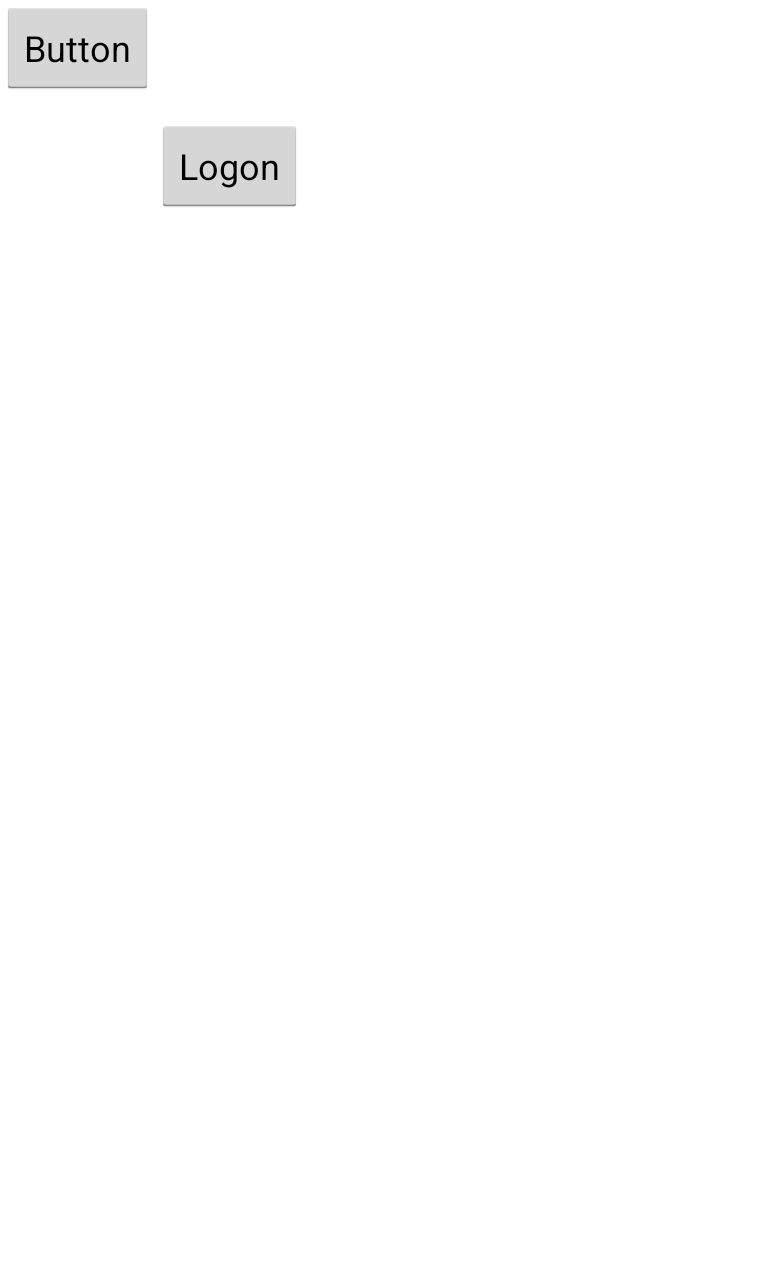
Repository: 12030121030/eventhandling
Layout: Login/res/layout/activity_main.xml
The author's editor kept a copy of each file at every save. The layout is drawn from the files as they stood at one save, then again after the next save.
It is drawn on a 768 x 1280 px phone screen (xhdpi) without system bars, with theme AppTheme; the app's code is not run.

Above is the layout before, as saved 2014-12-12 03:38:43.

After the next save:
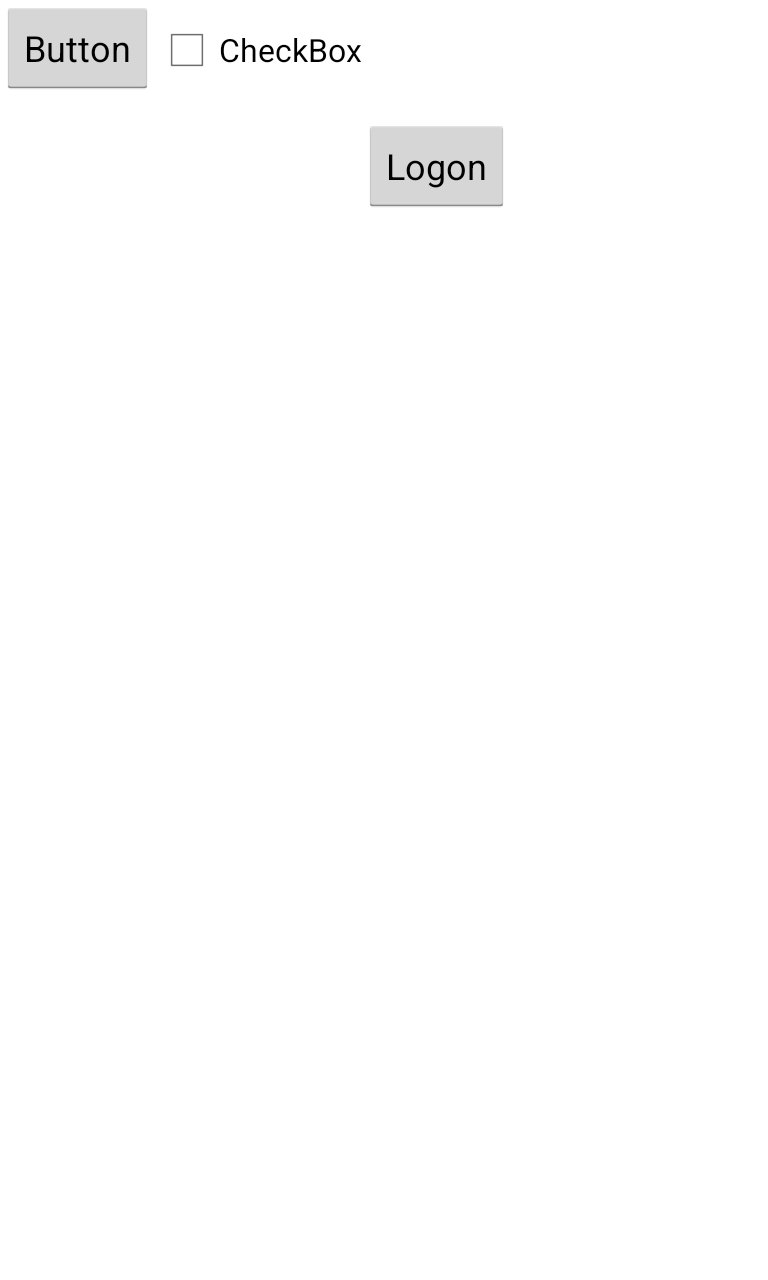
Saved 5 min 5 s later.
--- a/Login/res/layout/activity_main.xml
+++ b/Login/res/layout/activity_main.xml
@@ -10,6 +10,12 @@
         android:layout_height="wrap_content"
         android:text="Button" />
 
+    <CheckBox
+        android:id="@+id/stream"
+        android:layout_width="wrap_content"
+        android:layout_height="wrap_content"
+        android:text="CheckBox" />
+
     <Button
         android:id="@+id/btnClick"
         android:layout_width="wrap_content"
